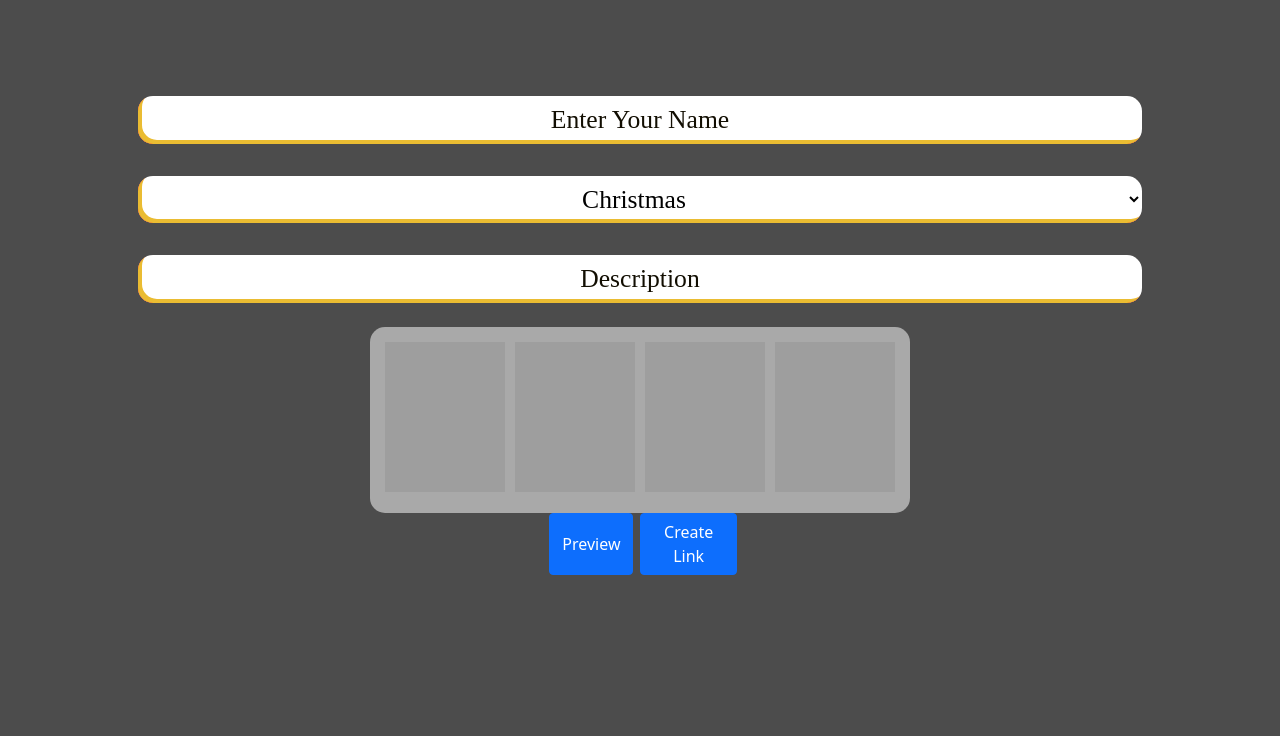
Repository: Haneef-Shaik/Greetings
Page: /
These files come from the project's save history. The page is drawn as it stood at one moment and after the next save; the edit follows.
The browser window is 1280 px wide. The pictures show the whole page.
Pictures or frames that could not be fetched are drawn as grey boxes. The project was rebuilt for these pictures with package versions that can differ from the ones it lists, and the page was loaded fresh each time. The framework's server and built-in components were replaced by stand-ins that run in the browser. Also part of the build but not shown: next.config.js, styles/card.module.scss, components/card.js, styles/socialShare.module.scss, components/socialShare.js.

Above is the page before, as saved 2021-12-01 21:10:38.

### pages/_app.js
import '../styles/globals.css'
import 'bootstrap/dist/css/bootstrap.css'


function MyApp({ Component, pageProps }) {
  return <Component {...pageProps} />
}

export default MyApp

### pages/index.js
import Card from "../components/card.js";
import {useRouter} from 'next/router';
import Ss from "../components/socialShare"
import InpFrm from "../components/form"

export default function Home() {
  const {query} = useRouter();
  const myurls='https://gratefulprayerthankfulheart.com/wp-content/uploads/2014/12/aquawhitechristmastreegreeting.jpg';

  if(query.length > 0)
  {

    if(query.greeting)
    {
      return (
        <>
          <Card event={query.event} image={query.bgImg} name={query.name} greeting={query.greeting}  />
        </>
          )
    }
    else
    {
      return (
        <>
          <Card event={query.event} image={query.bgImg} name={query.name}  />
        </>
          )
    }

  }
  else
  {
    return (
        <>
          <InpFrm />
        </>
        )
  }
    // return (
    //   <>
        {/* <Card event='Event' image={myurls} name='Name' color='red' greeting="Lorem Ipsum is simply dummy text of the printing and typesetting industry. Lorem Ipsum has been thing software like Aldus PageMaker including versions of Lorem Ipsum."  /> */}
        {/* <Ss mylink="localhost:3000/name=haneef&event=christmas" /> */}
    {/*     <Ss mylink="localhost:3000/name=haneef&event=christmasW&sddsajnodsoduaibdadbksa" /> */}
    //   </>
    //     )

}

### components/form.js
/* eslint-disable no-undef */
import React, {useState,useRef} from 'react'

import 'bootstrap/dist/css/bootstrap.min.css';
import styles from '../styles/form.module.scss';
import IMAGE from 'next/image'


function Edit() {

    const [IMG1,setImg]=useState('christmas.png');


    return (
        <div className="container-fluid p-2 "  style={{backgroundColor:'#4C4C4C'} }>
            <div className="container">
                <div className="row">
                    <div className="col-12">
                        <div className={styles.formContainer} >
                            <form className="formStyle">
                                <input type="text" placeholder="Enter Your Name" className="col-12" required />

                                <select name="festival" className="col-12 p-2">
                                    <option value="christmas">Christmas</option>
                                    <option value="newYear">New Year</option>
                                </select>

                                <input type="text" placeholder="Description" className="col-12" optional />

                                <div className="d-flex justify-content-around align-items-center flex-wrap mt-4" style={{backgroundColor:'darkgrey',borderRadius:'15px',padding:'10px'}}>
                                    {/* <label htmlFor="img1">
                                        <IMAGE src='/images/christmas/christmas.png' width={200} height={100} />
                                    </label>
                                    <label htmlFor="img2">
                                        <IMAGE src='/images/christmas/christmas.png' width={200} height={100} />
                                    </label>
                                    <label htmlFor="img3">
                                        <IMAGE src='/images/christmas/christmas.png' width={200} height={100} />
                                    </label>
                                    <label htmlFor="img4">
                                        <IMAGE src='/images/christmas/christmas.png' width={200} height={100} />
                                    </label>
                                    <input type="radio" name="BgImage" className="bgImg" id="img1" hidden="true" />
                                    <input type="radio" name="BgImage" className="bgImg" id="img2" hidden="true" />
                                    <input type="radio" name="BgImage" className="bgImg" id="img3" hidden="true" />
                                    <input type="radio" name="BgImage" className="bgImg" id="img4" hidden="true" /> */}

                                <button onClick={()=>setImg('christmas.png')} className="btn p-1">
                                    <IMAGE src='/images/christmas/christmas.png' width="120" height="150" />
                                </button>

                                <button onClick={()=>setImg('christmas1.png')} className="btn p-1">
                                    <IMAGE src='/images/christmas/christmas1.png' width="120" height="150" />
                                </button>

                                <button onClick={()=>setImg('christmas2.png')} className="btn p-1">
                                    <IMAGE src='/images/christmas/christmas2.png' width="120" height="150" />
                                </button>

                                <button onClick={()=>setImg('christmas2.png')} className="btn p-1">
                                    <IMAGE src='/images/christmas/christmas2.png' width="120" height="150" />
                                </button>

                                </div>

                                <div className="footerBanner">
                                    <div className="row ">
                                        <div className="col p-0 m-0 d-flex justify-content-center "> <button className="btn btn-primary"  >Preview</button></div>
                                        <div className="col p-0 m-0 d-flex justify-content-center "> <button className="btn btn-primary"  > Create Link </button></div>
                                    </div>
                                </div>
                            </form>
                        </div>
                    </div>
                </div>
            </div>
        </div>
    )
}


class InvitationCard extends React.Component{
    render(){
        return (

                <div className="body p-2" style={{backgroundColor: this.props.c,backgroundImage:`url(${this.props.im})`,backgroundSize:350,backgroundRepeat:'no-repeat'}} >
                    <h1 id="heading" style={{color: this.props.heading}}>{this.props.name}</h1>
                    <p style={{marginTop: "50px",color: this.props.content}}>{this.props.message}</p>
                    <p style={{color: this.props.content}} id="toWhom">{this.props.to}</p>
                </div>
        )
    }

}



export default Edit;

### styles/form.module.scss
.formContainer{
    padding:5%;
    min-height:100vh;
    background-color:#4C4C4C;
    // background: linear-gradient(#920000,#800000,#6D0000,#490000);
    input , select {
        margin-top:2rem;

        text-align:center;
        font-family: 'Times New Roman', Times, serif;
        font-size:1.6rem;
        border:none;

        background-color:#fff;
        border-radius:15px;
        box-shadow: inset 4px -4px 0px #EABC32 , inset 2px -2px 0px #f00 ;
        line-height:3rem;
        &::placeholder{
            color:#120E02;
        }
    }
    form{
        display: flex;
        align-items:center;
        justify-content: space-evenly;
        flex-direction: column;
        flex-wrap: wrap;
    }
    .bgImg:active{
        border: 5px solid white;
    }
}

Loaded but not shown: pages/api/hello.js (common file); styles/globals.css (common file)

After the next save:
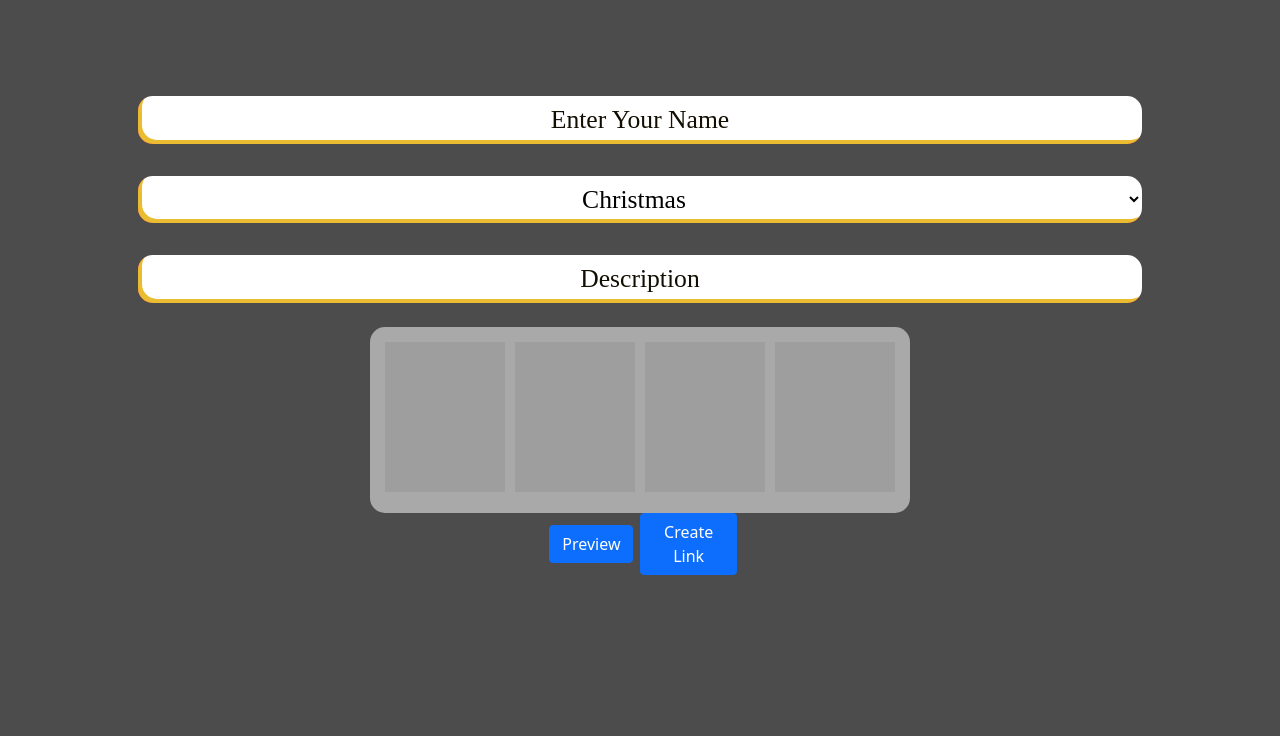
Saved 11 s later.
--- a/components/form.js
+++ b/components/form.js
@@ -65,8 +65,8 @@ function Edit() {
 
                                 <div className="footerBanner">
                                     <div className="row ">
-                                        <div className="col p-0 m-0 d-flex justify-content-center "> <button className="btn btn-primary"  >Preview</button></div>
-                                        <div className="col p-0 m-0 d-flex justify-content-center "> <button className="btn btn-primary"  > Create Link </button></div>
+                                        <div className="col p-0 m-0 d-flex justify-content-center align-items-center "> <button className="btn btn-primary"  >Preview</button></div>
+                                        <div className="col p-0 m-0 d-flex justify-content-center align-items-center "> <button className="btn btn-primary"  > Create Link </button></div>
                                     </div>
                                 </div>
                             </form>

After the 2 saves that followed:
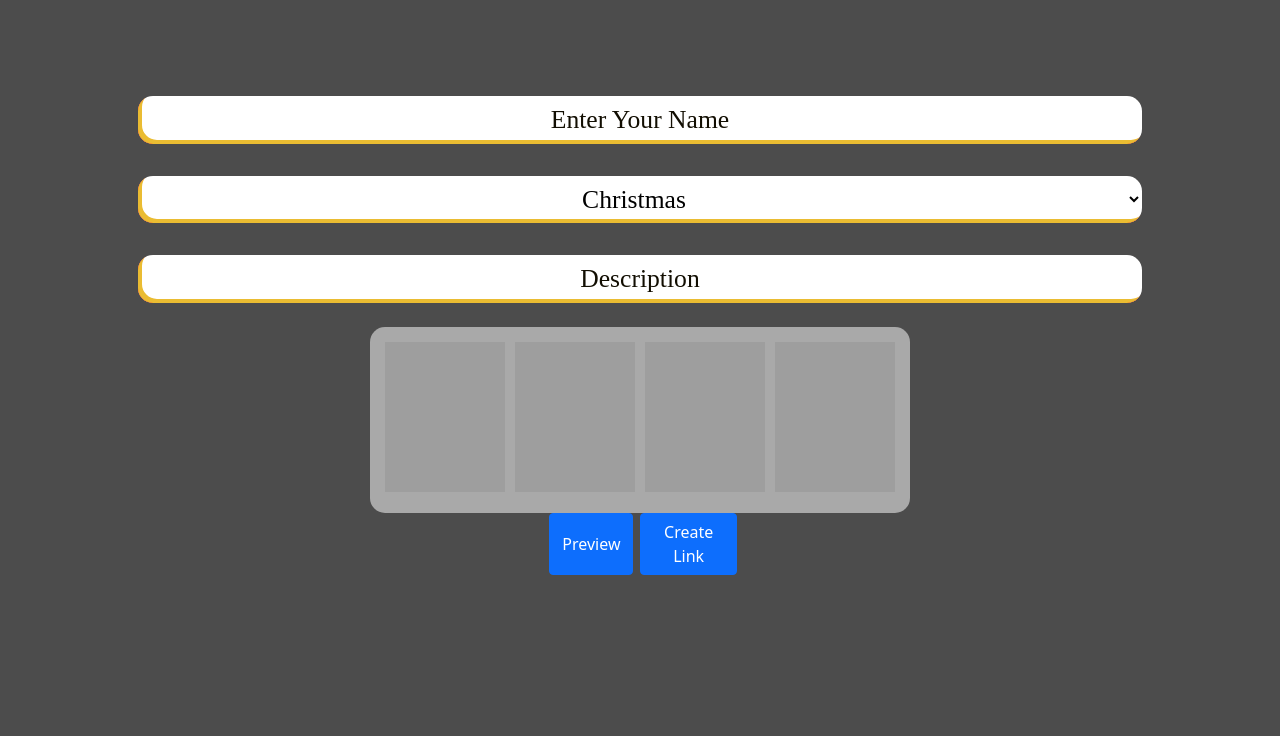
The 2 saves are shown as one change because 1 left the picture as it was.
The last was saved 38 s later.
--- a/components/form.js
+++ b/components/form.js
@@ -65,8 +65,8 @@ function Edit() {
 
                                 <div className="footerBanner">
                                     <div className="row ">
-                                        <div className="col p-0 m-0 d-flex justify-content-center align-items-center "> <button className="btn btn-primary"  >Preview</button></div>
-                                        <div className="col p-0 m-0 d-flex justify-content-center align-items-center "> <button className="btn btn-primary"  > Create Link </button></div>
+                                        <div className="col p-0 m-0 d-flex justify-content-around "  > <button className="btn btn-primary"  >Preview</button></div>
+                                        <div className="col p-0 m-0 d-flex justify-content-around "  > <button className="btn btn-primary"  > Create Link </button></div>
                                     </div>
                                 </div>
                             </form>
